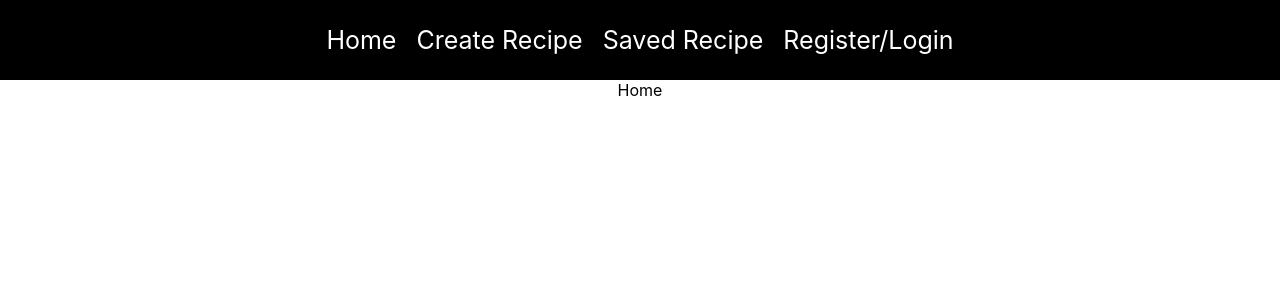
Repository: HAONANTAO/MERN_Recipe
Page: / (app in client/)
An editor plug-in stored every save of this project. The page is shown before and after the next save, followed by the edit.
The browser window is 1280 px wide. The pictures show the whole page.
The project was rebuilt for these pictures with package versions that can differ from the ones it lists, and the page was loaded fresh each time. Also part of the build but not shown: client/src/pages/auth.jsx, client/src/hooks/useGetUserID.js, client/src/pages/create-recipe.jsx, client/src/pages/saved-recipe.jsx.

Above is the page before, as saved 2024-01-29 22:07:37.

After the next save:
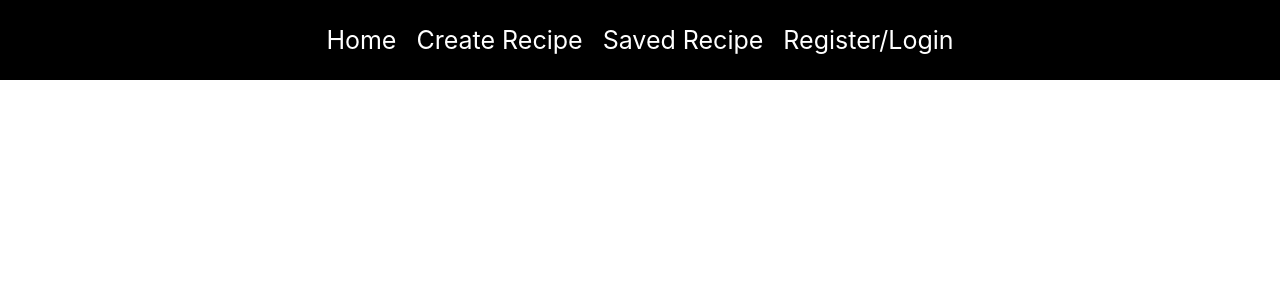
Saved 73 s later.
--- a/client/src/pages/home.jsx
+++ b/client/src/pages/home.jsx
@@ -18,5 +18,6 @@ export const Home = () => {
       }
     };
   }, []);
-  return <div>Home</div>;
+  return <div>
+  <h2></h2></div>;
 };
